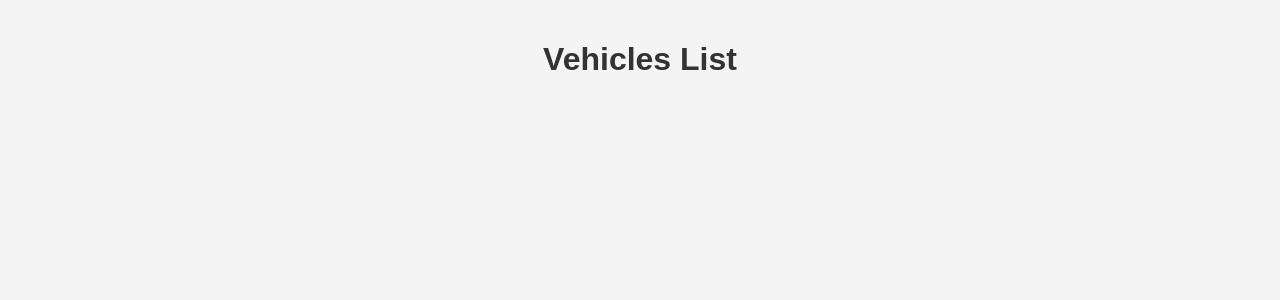
Repository: lasity34/fuel-consumption-api
Page: public/vehicles.html
The author's editor kept a copy of each file at every save. The page is drawn from the files as they stood at one save, then again after the next save.
The browser window is 1280 px wide. The pictures show the whole page.
The page's requests for data from a server got no answer.

Above is the page before, as saved 2023-11-30 12:10:28.

### public/vehicles.html
<!DOCTYPE html>
<html lang="en">
<head>
    <meta charset="UTF-8">
    <title>Vehicles List</title>
    <link rel="stylesheet" href="./vehicle.css" />
    <script src="https://cdn.jsdelivr.net/npm/axios/dist/axios.min.js"></script>
</head>
<body>
    <h1>Vehicles List</h1>
    <!-- list of vehicles will be displayed here -->
    <div id="vehiclesList"></div>
<!-- Modal Structure (Initially Hidden) -->
<div id="vehicleModal" class="modal">
    <div class="modal-content">
        <span class="close-button">&times;</span>
        <h2>Vehicle Details</h2>
        <!-- Vehicle details will be populated here -->
        <div id="vehicleDetails"></div>
    </div>
</div>

    <script type="module" src="vehicles.js"></script>
</body>
</html>

### public/vehicle.css
body {
    font-family: Arial, sans-serif;
    background-color: #f4f4f4;
    margin: 0;
    padding: 20px;
    text-align: center;
}

h1 {
    color: #333;
}

#vehiclesList {
    margin-top: 20px;
    display: flex;
    flex-wrap: wrap;
    justify-content: center;
    gap: 20px;
}

.vehicle-card {
    background: white;
    border-radius: 8px;
    box-shadow: 0 2px 4px rgba(0, 0, 0, 0.1);
    padding: 20px;
    width: 200px;
}

.vehicle-card h2 {
    font-size: 18px;
    margin: 0;
}

.vehicle-card p {
    color: #666;
    font-size: 14px;
    margin: 5px 0;
}


.modal {
    display: none; /* Hidden by default */
    position: fixed; /* Stay in place */
    z-index: 1; /* Sit on top */
    left: 0;
    top: 0;
    width: 100%; /* Full width */
    height: 100%; /* Full height */
    overflow: auto; /* Enable scroll if needed */
    background-color: rgba(0,0,0,0.4); /* Black w/ opacity */
}

.modal-content {
    background-color: #fefefe;
    margin: 15% auto; /* 15% from the top and centered */
    padding: 20px;
    border: 1px solid #888;
    width: 80%; /* Could be more or less, depending on screen size */
}

.close-button {
    color: #aaa;
    float: right;
    font-size: 28px;
    font-weight: bold;
}

.close-button:hover,
.close-button:focus {
    color: black;
    text-decoration: none;
    cursor: pointer;
}

### public/vehicles.js

// fetch all vehicles
// connect to div
// loop all vehicles
// display all vehicles
// Fetch all vehicles and display them
axios.get('/api/vehicles')
    .then(response => {
        const vehicles = response.data.data; // Adjust based on your API's response structure
        const list = document.getElementById("vehiclesList");

        vehicles.forEach(vehicle => {
            const card = document.createElement("div");
            card.className = 'vehicle-card'; // Ensure this class is styled in CSS
            card.setAttribute('data-vehicle-id', vehicle.id); // Assuming each vehicle has an id

            card.innerHTML = `
                <h3>${vehicle.description}</h3>
                <p><strong>Reg Number:</strong> ${vehicle.reg_number}</p>
                <p>Click for more info</p>
            `;

            list.appendChild(card);
        });

        // Attach click event listeners to each card
        document.querySelectorAll('.vehicle-card').forEach(card => {
            card.addEventListener('click', async () => {
                const vehicleId = card.getAttribute('data-vehicle-id');

                try {
                    const response = await axios.get(`/api/vehicle?id=${vehicleId}`);
                    const vehicleData = response.data.data;
                    console.log(vehicleData)
                    // Populate modal with vehicle data
                    const vehicleDetails = document.getElementById("vehicleDetails");
                    vehicleDetails.innerHTML = `
                        <p>Description: ${vehicleData.description}</p>
                        <p>Reg Number: ${vehicleData.reg_number}</p>
                        <p>Total Distance Traveled: ${vehicleData.total_distance}</p>
                        <p>Total Fuel Spent: ${vehicleData.total_amount}</p>
                        <p>Fuel Consumption: ${vehicleData.fuel_consumption}</p>
                    `;

                    // Display the modal
                    const modal = document.getElementById("vehicleModal");
                    modal.style.display = "block";
                } catch (error) {
                    console.error("Error fetching vehicle details:", error);
                    // Handle error (show error message or log)
                }
            });
        });
    })
    .catch(error => console.error("Error fetching vehicles:", error));

// Close modal logic
const closeButton = document.querySelector('.close-button');
closeButton.addEventListener('click', () => {
    document.getElementById('vehicleModal').style.display = 'none';
});

After the next save:
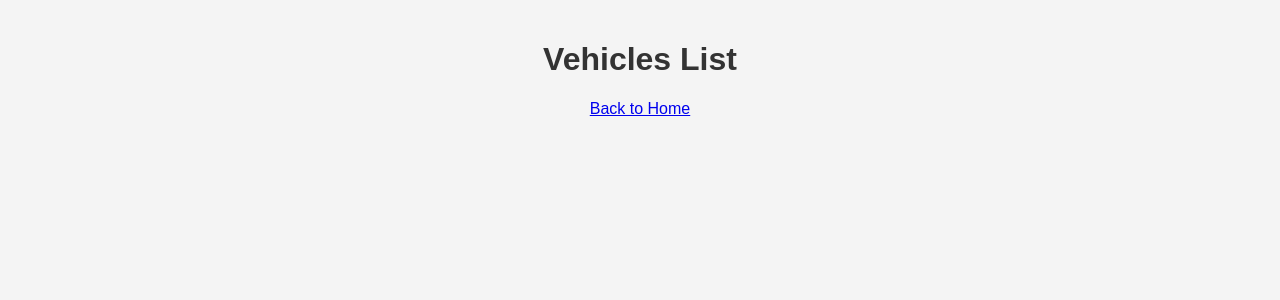
Saved 3 min 13 s later.
--- a/public/vehicles.html
+++ b/public/vehicles.html
@@ -8,17 +8,18 @@
 </head>
 <body>
     <h1>Vehicles List</h1>
+    <a href="/" class="back-to-home">Back to Home</a> <!-- Back to Home Link -->
     <!-- list of vehicles will be displayed here -->
     <div id="vehiclesList"></div>
-<!-- Modal Structure (Initially Hidden) -->
-<div id="vehicleModal" class="modal">
-    <div class="modal-content">
-        <span class="close-button">&times;</span>
-        <h2>Vehicle Details</h2>
-        <!-- Vehicle details will be populated here -->
-        <div id="vehicleDetails"></div>
+    <!-- Modal Structure (Initially Hidden) -->
+    <div id="vehicleModal" class="modal">
+        <div class="modal-content">
+            <span class="close-button">&times;</span>
+            <h2>Vehicle Details</h2>
+            <!-- Vehicle details will be populated here -->
+            <div id="vehicleDetails"></div>
+        </div>
     </div>
-</div>
 
     <script type="module" src="vehicles.js"></script>
 </body>
